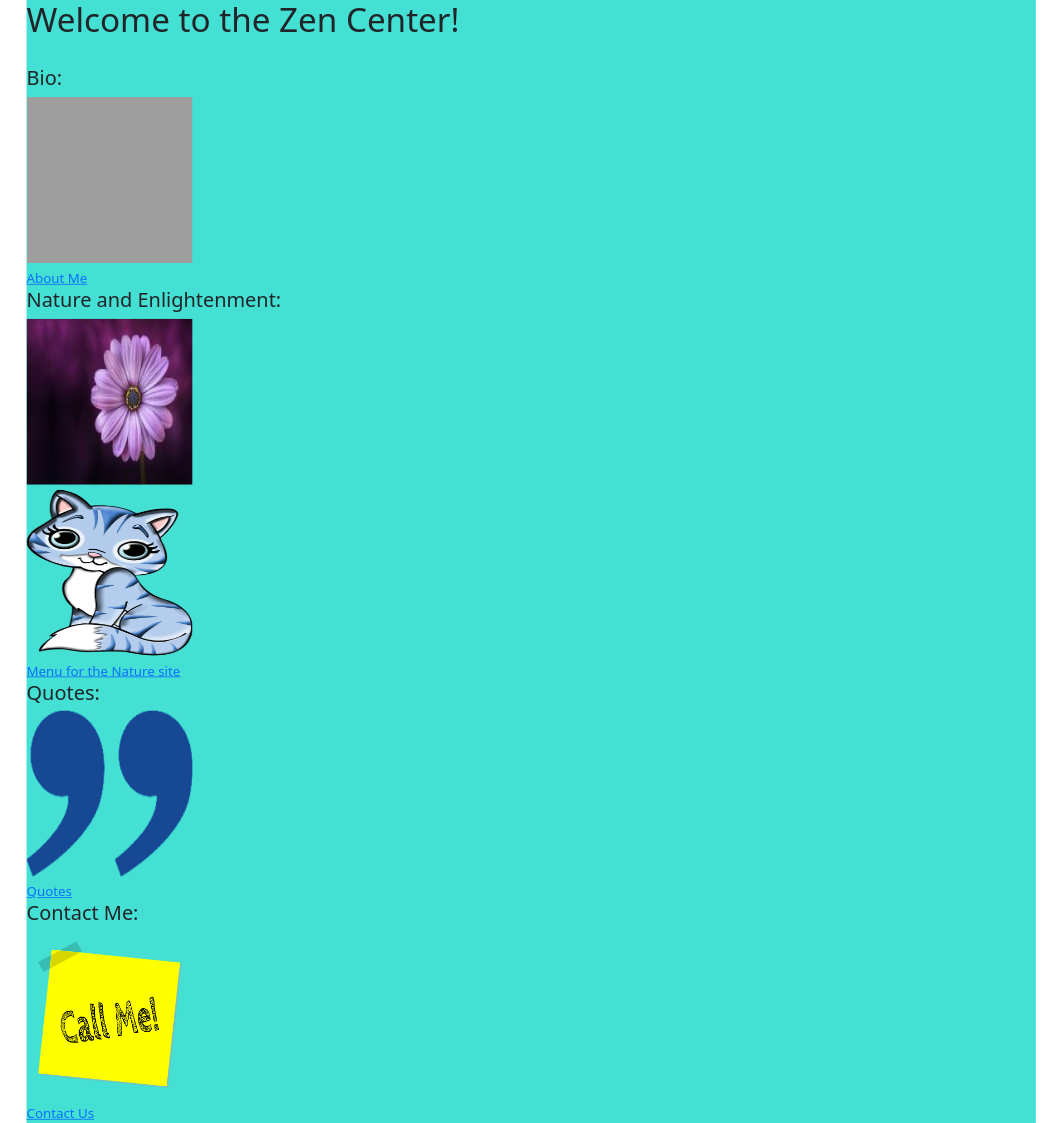
Repository: collegedude9300/zenstationnext
Page: /
The author's editor kept a copy of each file at every save. The page is drawn from the files as they stood at one save, then again after the next save.
The browser window is 1280 px wide. The pictures show the whole page, at 83% of full size.
Pictures or frames that could not be fetched are drawn as grey boxes. The project was rebuilt for these pictures with package versions that can differ from the ones it lists, and the page was loaded fresh each time. The framework's server and built-in components were replaced by stand-ins that run in the browser. Also part of the build but not shown: next.config.js.

Above is the page before, as saved 2022-10-11 13:37:38.

### pages/index.js

import Head from 'next/head'
import Image from 'next/image'
import styles from '../styles/Home.module.css'
import 'bootstrap/dist/css/bootstrap.css'
import Link from 'next/link'
export default function Home() {
  return (
    <div className={styles.container}>
      <Head>
        <title>Create Next App</title>
        <meta name="description" content="Generated by create next app" />
        <link rel="icon" href="/favicon.ico" />
      </Head>
      <main className={styles.pages}>
        <h1> Welcome to the Zen Center!</h1>
        <br/>
        <h4>Bio: </h4>
        <Image  alt="A black book in a grey background."src="/bout.jpg" width="200" height="200"/>
        <br/>
        <Link href="/About" class="btn btn-success">
          <a>About Me</a>
        </Link>
        <h4> Nature and Enlightenment: </h4>
        <Image  alt="A small purple flower ."src="/flower.jpg" width="200" height="200"/>
        <br/>
        <Image  alt="An animated blue cat."src="/cartooncat.png" width="200" height="200"/>
        <br/>
        <Link href="/MenuNature" class="btn btn-success">
          <a>Menu for the Nature site</a>
        </Link>
        <h4> Quotes: </h4>
        <Image alt="asdf" src="/quotes.png" width="200" height="200"/>
        <br/>
        <Link href="/Quotes" class="btn btn-success">
          <a>Quotes</a>
        </Link>
        <h4>Contact Me: </h4>
        <Image  alt="A yellow sticky note saying Call Me."src="/contact.png" width="200" height="200"/>
        <br/>
        <Link href="/Contact" class="btn btn-success">
          <a>Contact Us</a>
        </Link>
      </main>
    </div>
  )
}

### styles/Home.module.css
.container {
  padding: 0 2rem;
}
.pages{
  background-color: #43e0d3;
  min-height: 100vh;
}
.main {
  min-height: 100vh;
  padding: 4rem 0;
  flex: 1;
  display: flex;
  flex-direction: column;
  justify-content: center;
  align-items: center;
}

.footer {
  display: flex;
  flex: 1;
  padding: 2rem 0;
  border-top: 1px solid #eaeaea;
  justify-content: center;
  align-items: center;
}

.footer a {
  display: flex;
  justify-content: center;
  align-items: center;
  flex-grow: 1;
}

.title a {
  color: #0070f3;
  text-decoration: none;
}

.title a:hover,
.title a:focus,
.title a:active {
  text-decoration: underline;
}

.title {
  margin: 0;
  line-height: 1.15;
  font-size: 4rem;
}

.title,
.description {
  text-align: center;
}

.description {
  margin: 4rem 0;
  line-height: 1.5;
  font-size: 1.5rem;
}

.code {
  background: #fafafa;
  border-radius: 5px;
  padding: 0.75rem;
  font-size: 1.1rem;
  font-family: Menlo, Monaco, Lucida Console, Liberation Mono, DejaVu Sans Mono,
    Bitstream Vera Sans Mono, Courier New, monospace;
}

.grid {
  display: flex;
  align-items: center;
  justify-content: center;
  flex-wrap: wrap;
  max-width: 800px;
}

.card {
  margin: 1rem;
  padding: 1.5rem;
  text-align: left;
  color: inherit;
  text-decoration: none;
  border: 1px solid #eaeaea;
  border-radius: 10px;
  transition: color 0.15s ease, border-color 0.15s ease;
  max-width: 300px;
}

.card:hover,
.card:focus,
.card:active {
  color: #0070f3;
  border-color: #0070f3;
}

.card h2 {
  margin: 0 0 1rem 0;
  font-size: 1.5rem;
}

.card p {
  margin: 0;
  font-size: 1.25rem;
  line-height: 1.5;
}

.logo {
  height: 1em;
  margin-left: 0.5rem;
}

@media (max-width: 600px) {
  .grid {
    width: 100%;
    flex-direction: column;
  }
}

@media (prefers-color-scheme: dark) {
  .card,
  .footer {
    border-color: #222;
  }
  .code {
    background: #111;
  }
  .logo img {
    filter: invert(1);
  }
}

Loaded but not shown: pages/_app.js (common file); styles/globals.css (common file)

After the next save:
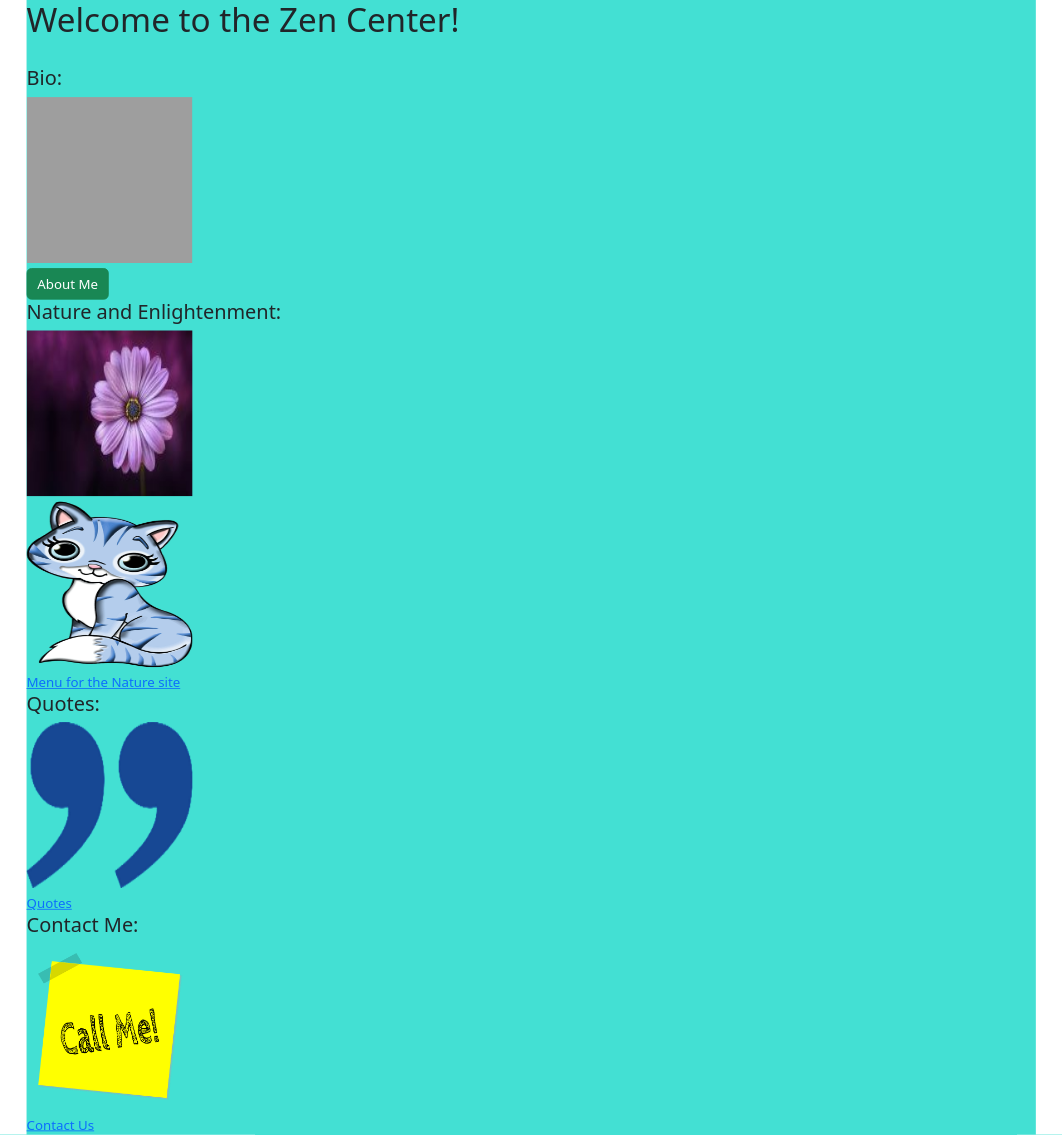
Saved 3 min 17 s later.
--- a/pages/index.js
+++ b/pages/index.js
@@ -18,8 +18,8 @@ export default function Home() {
         <h4>Bio: </h4>
         <Image  alt="A black book in a grey background."src="/bout.jpg" width="200" height="200"/>
         <br/>
-        <Link href="/About" class="btn btn-success">
-          <a>About Me</a>
+        <Link href="/About">
+          <a class="btn btn-success">About Me</a>
         </Link>
         <h4> Nature and Enlightenment: </h4>
         <Image  alt="A small purple flower ."src="/flower.jpg" width="200" height="200"/>
